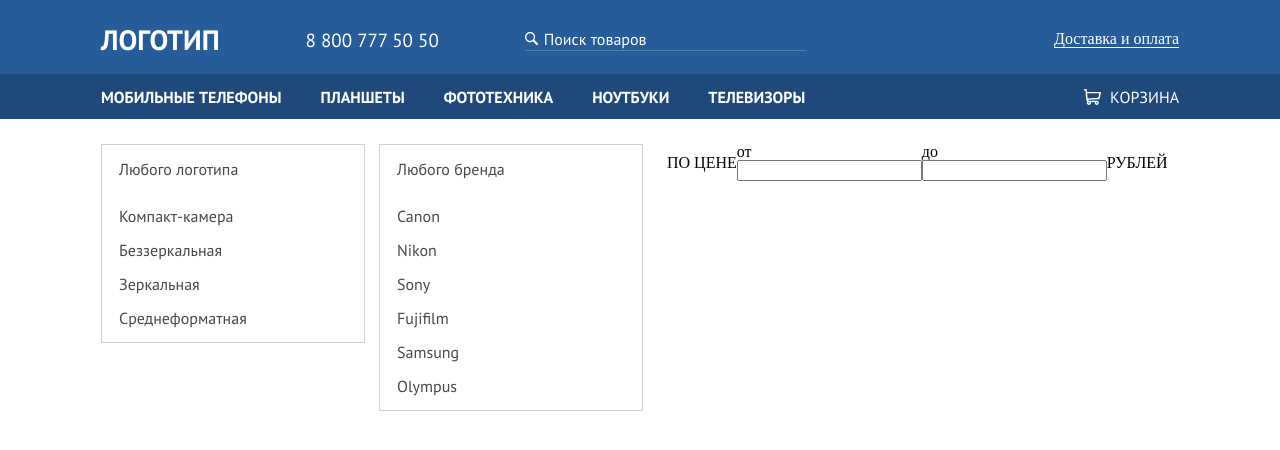
Repository: sem1103/WEBCompany
Page: index.html
These files come from the project's save history. The page is drawn as it stood at one moment and after the next save; the edit follows.
The browser window is 1280 px wide. The pictures show the whole page.

Above is the page before, as saved 2024-01-11 20:44:50.

After the next save:
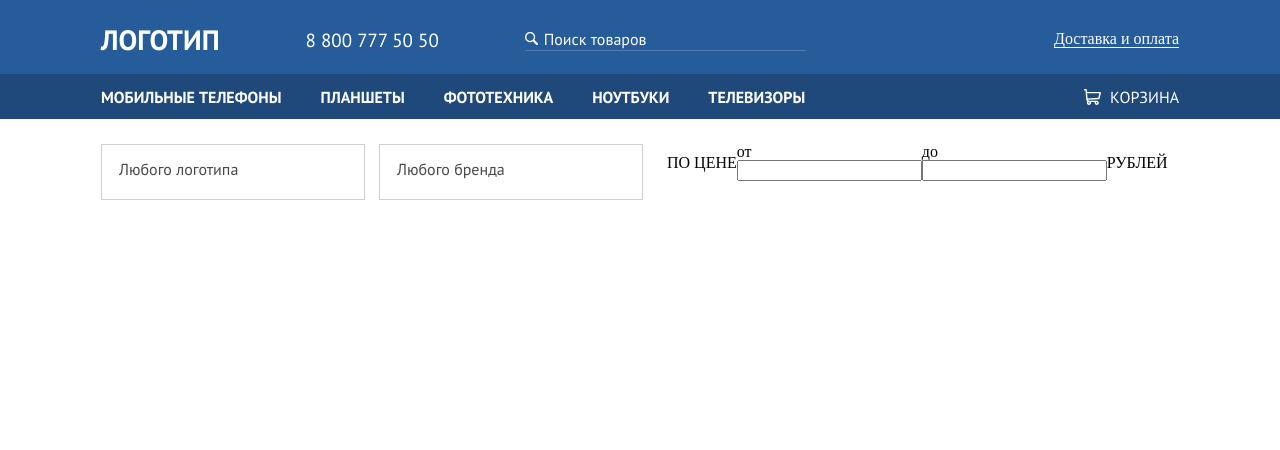
Saved 70 s later.
--- a/styles/main.css
+++ b/styles/main.css
@@ -112,7 +112,7 @@ nav li{
     padding: 14px 17px 13px 17px;
 }
 .list{
-    /* height: 0; */
+    height: 0;
 }
 .list p{
     cursor: pointer;
